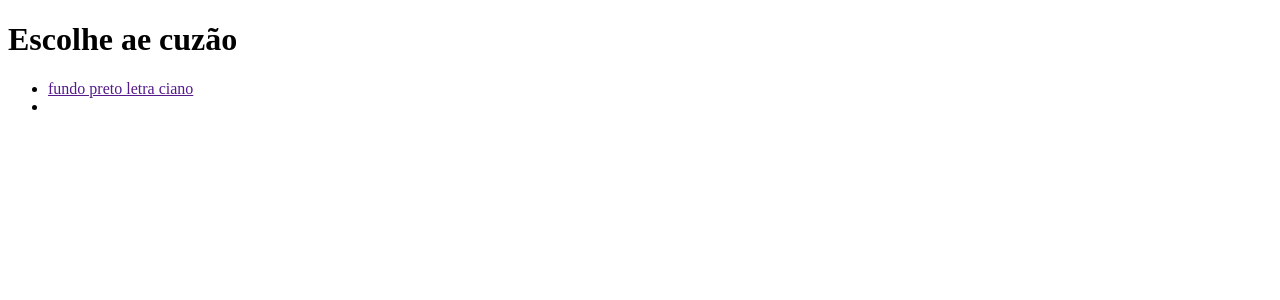
Repository: Leonngc/html-css
Page: ex024/otarios.html
The author's editor kept a copy of each file at every save. The page is drawn from the files as they stood at one save, then again after the next save.
The browser window is 1280 px wide. The pictures show the whole page.

Above is the page before, as saved 2022-11-15 18:40:26.

After the next save:
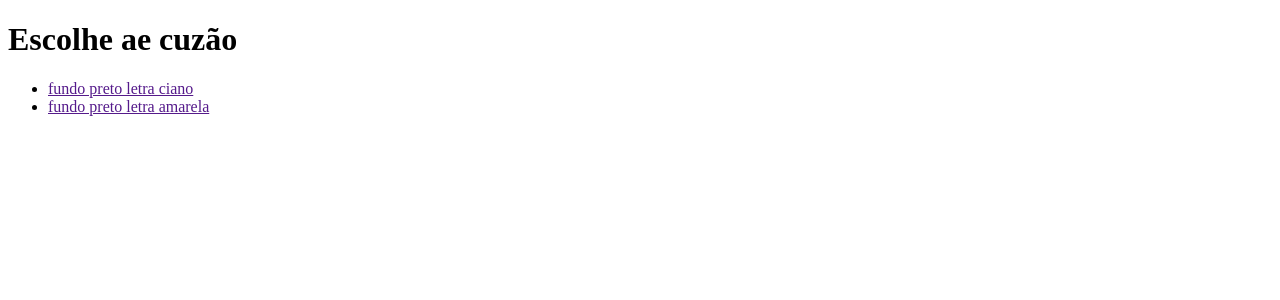
Saved 10 s later.
--- a/ex024/otarios.html
+++ b/ex024/otarios.html
@@ -10,7 +10,7 @@
     <h1>Escolhe ae cuzão</h1>
     <ul>
         <li><a href="">fundo preto letra ciano</a></li>
-        <li><a href=""></a></li>
+        <li><a href="">fundo preto letra amarela</a></li>
     </ul>
 </body>
 </html>
